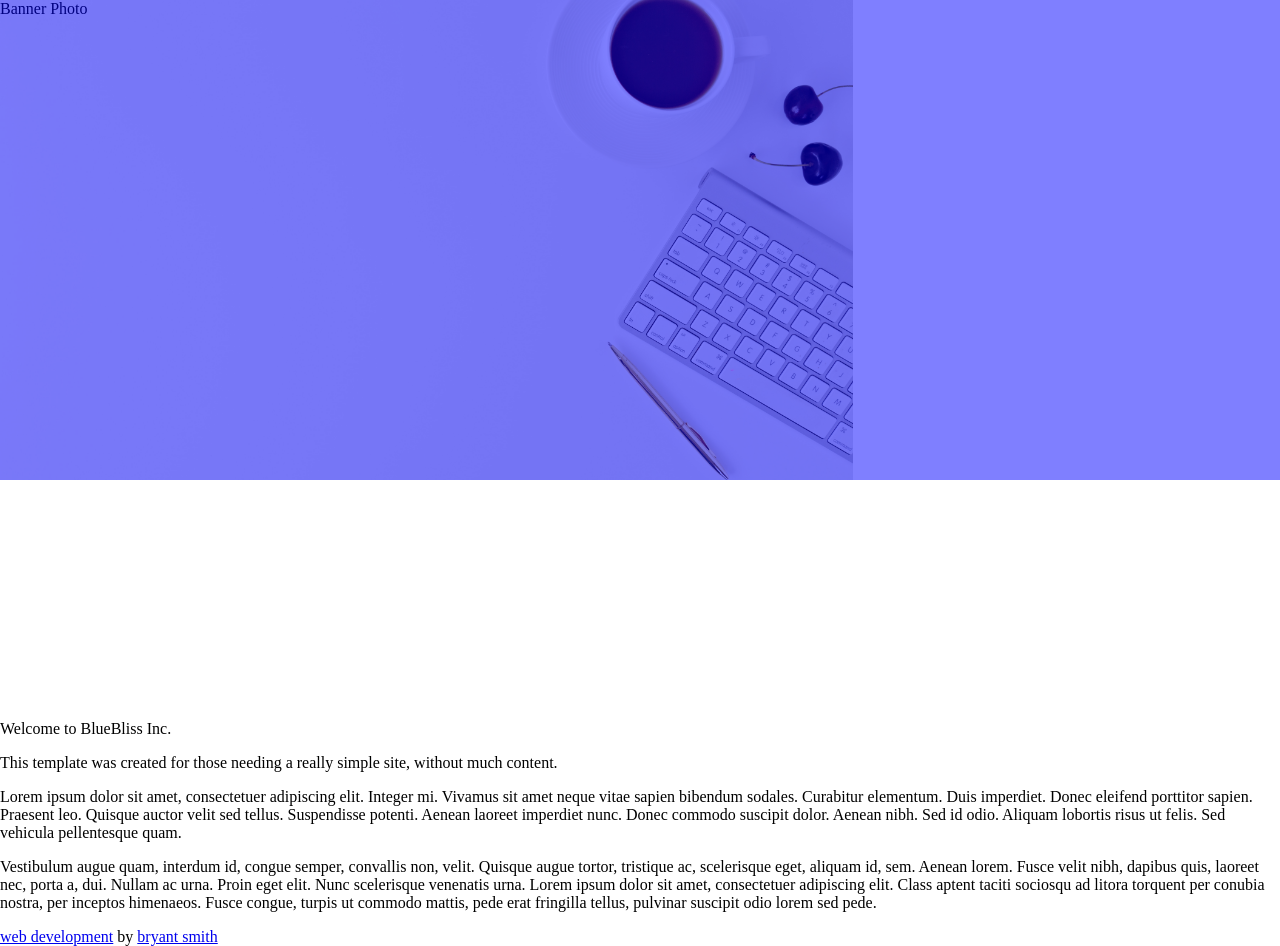
Repository: Scoofster/SWE-Flying-start-bio-website
Page: public/index.html
An editor plug-in stored every save of this project. The page is shown before and after the next save, followed by the edit.
The browser window is 1280 px wide. The pictures show the whole page.

Above is the page before, as saved 2022-06-16 13:01:52.

After the next save:
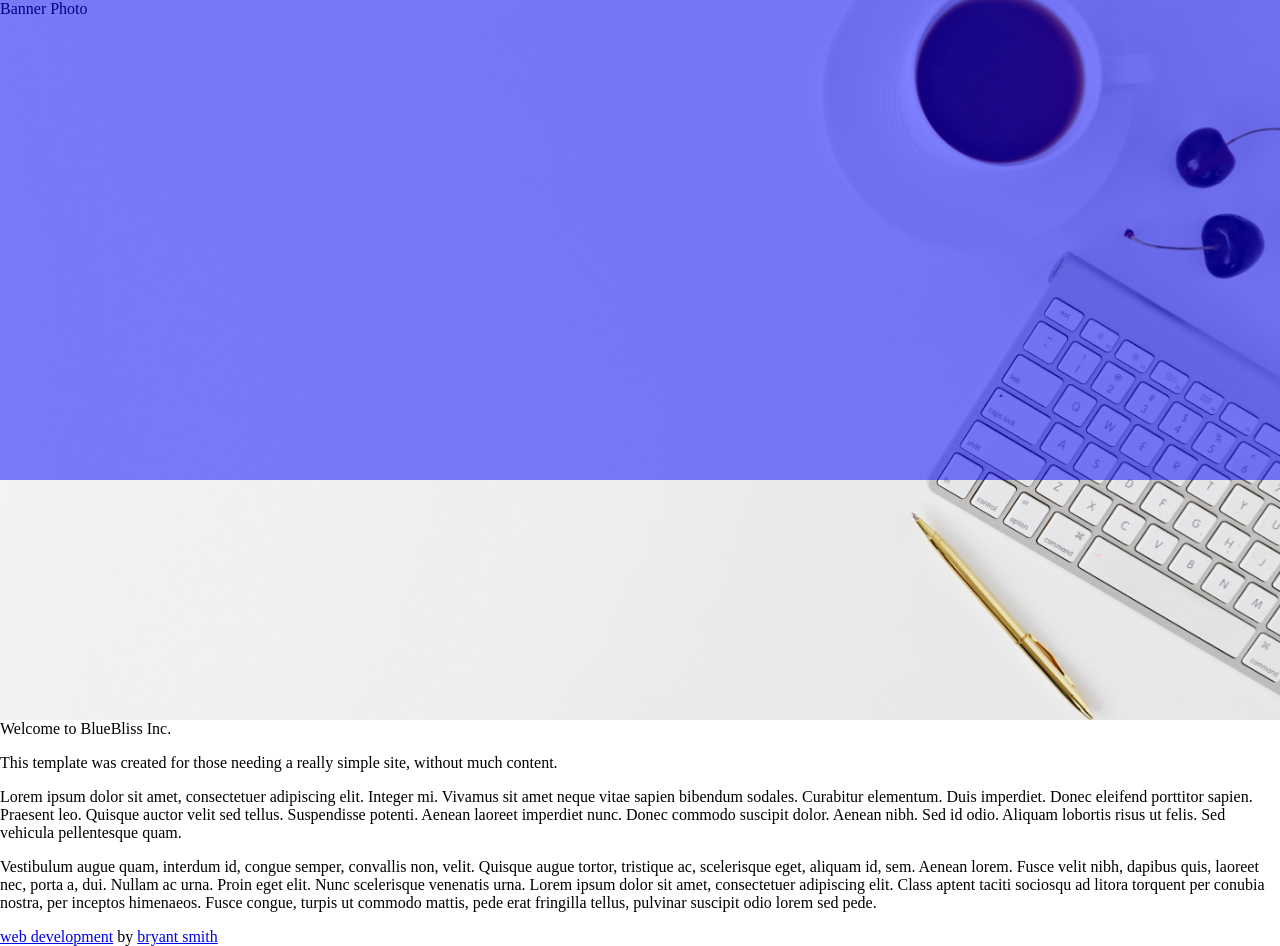
Saved 11 s later.
--- a/public/index.css
+++ b/public/index.css
@@ -24,7 +24,7 @@
 
 #banner_photo {
     background-image: url(./imgs/splash_photo.jpg);
-    grid-area: 1 /1/ span 2 / span 2;
+    grid-area: 1 /1/ span 3 / span 3;
     background-size:cover;
     background-repeat: no-repeat;
     margin: 0;
